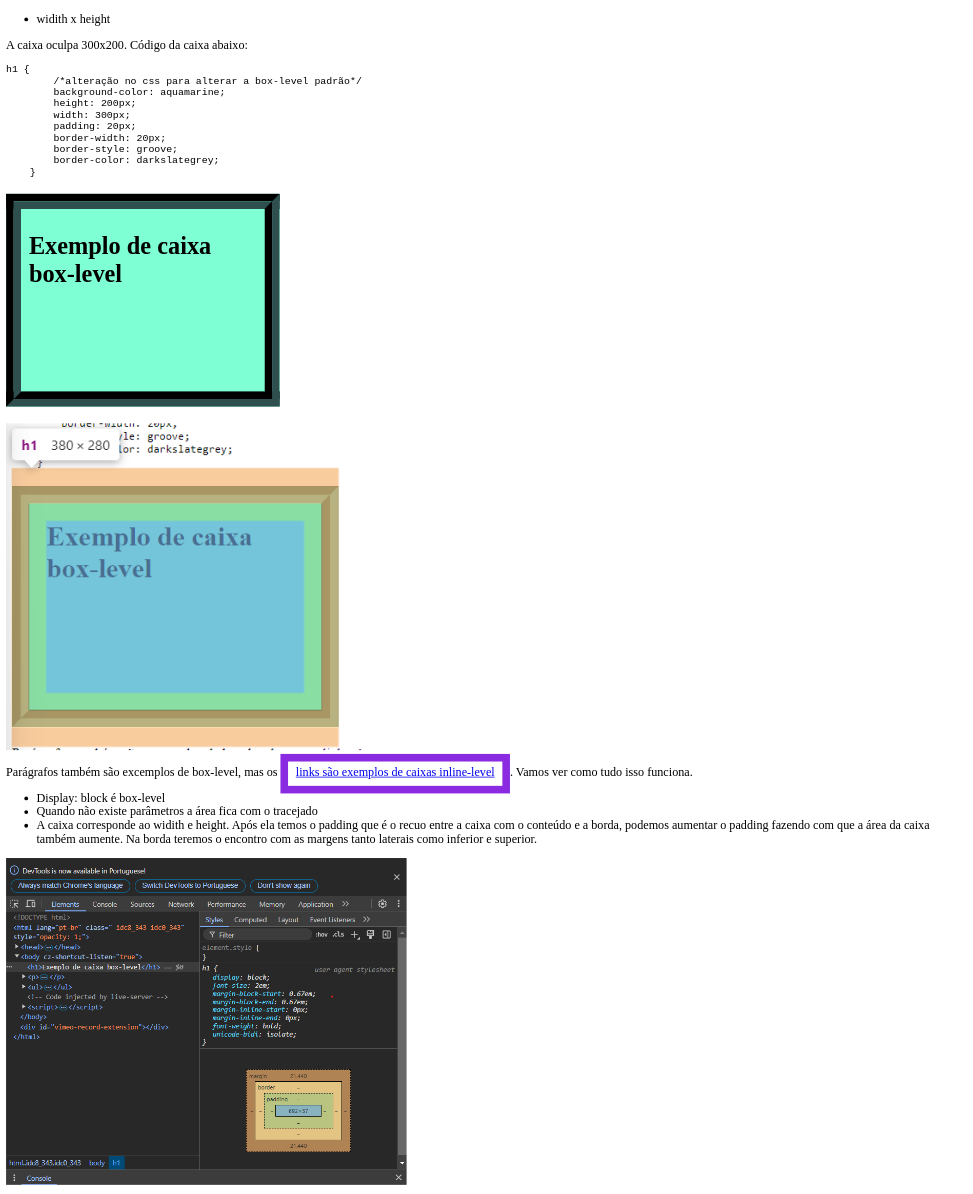
Repository: Willcmorais/vscode-workspace
Page: html-css/curso-em-video/modulo02/estudos/ex026-caixas/caixa01.html
An editor plug-in stored every save of this project. The page is shown before and after the next save, followed by the edit.
The browser window is 1280 px wide. The pictures show the whole page, at 76% of full size.

Above is the page before, as saved 2024-09-24 10:52:58.

After the next save:
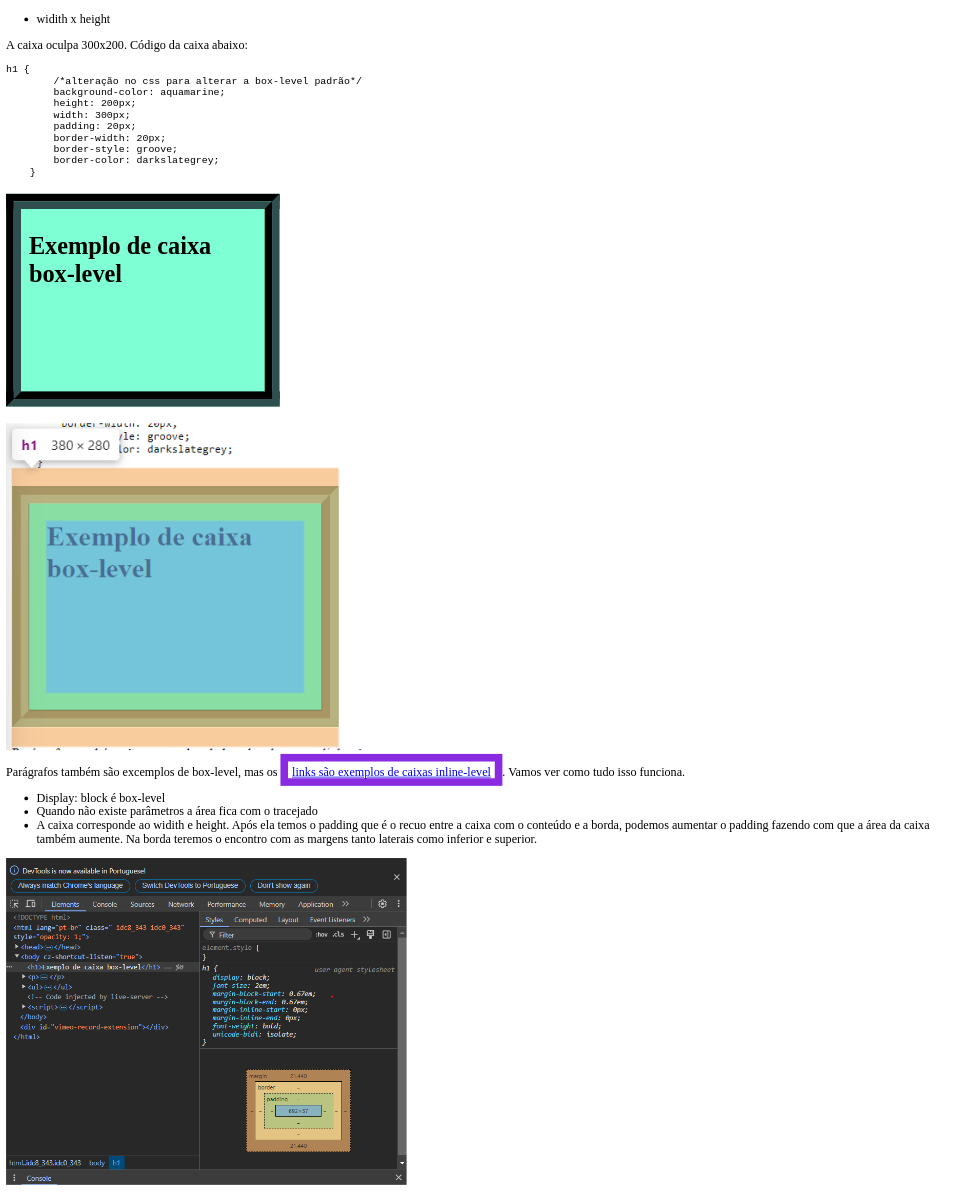
Saved 5 s later.
--- a/html-css/curso-em-video/modulo02/estudos/ex026-caixas/style.css
+++ b/html-css/curso-em-video/modulo02/estudos/ex026-caixas/style.css
@@ -22,9 +22,9 @@ a {
     border-style: solid;
     border-color: blueviolet;
     padding-top: 5px;
-    padding-right: 10px;
-    padding-bottom: 10px;
-    padding-left: 10px;
+    padding-right: 5px;
+    padding-bottom: 5pxx;
+    padding-left: 5px;
 }
 
 img {
